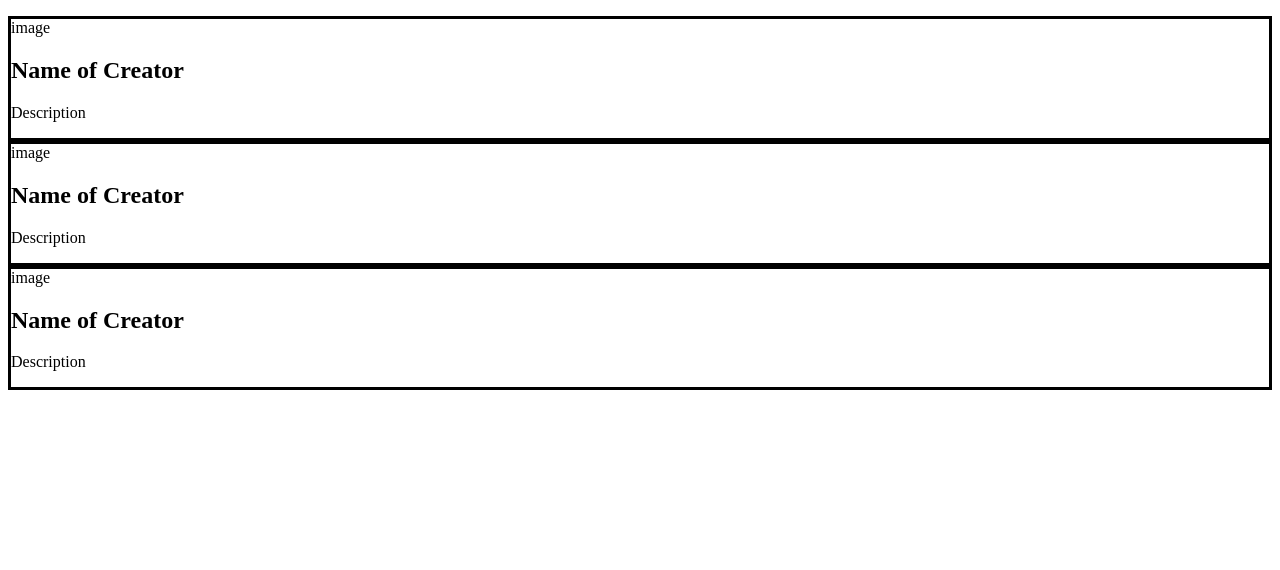
Repository: k8ANStar/Questify
Page: /About
The author's editor kept a copy of each file at every save. The page is drawn from the files as they stood at one save, then again after the next save.
The browser window is 1280 px wide. The pictures show the whole page.
The project was rebuilt for these pictures with package versions that can differ from the ones it lists, and the page was loaded fresh each time. The framework's server and built-in components were replaced by stand-ins that run in the browser. Also part of the build but not shown: next.config.mjs.

Above is the page before, as saved 2024-03-24 21:36:55.

After the next save:
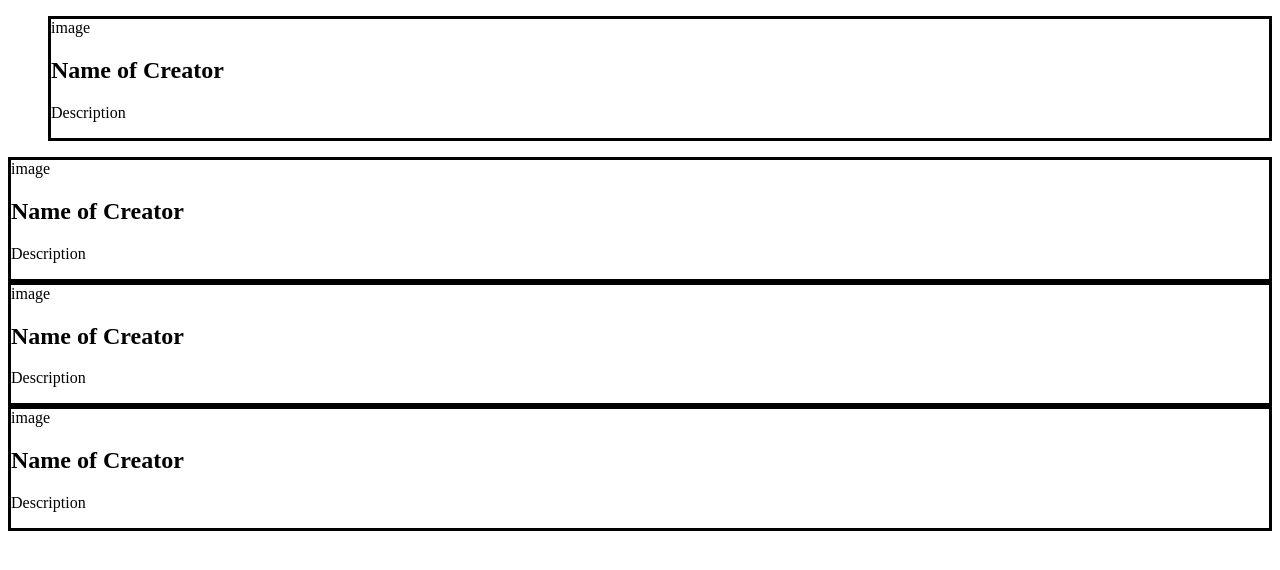
Saved 5 s later.
--- a/pages/About.js
+++ b/pages/About.js
@@ -2,10 +2,11 @@ import Card from "@/components/Card";
 export default function About() {
 	return (
 		<div>
-            <ul>
-                <lil></lil>
-
-            </ul>
+			<ul>
+				<lil>
+					<Card />
+				</lil>
+			</ul>
 			<Card />
 			<Card />
 			<Card />
